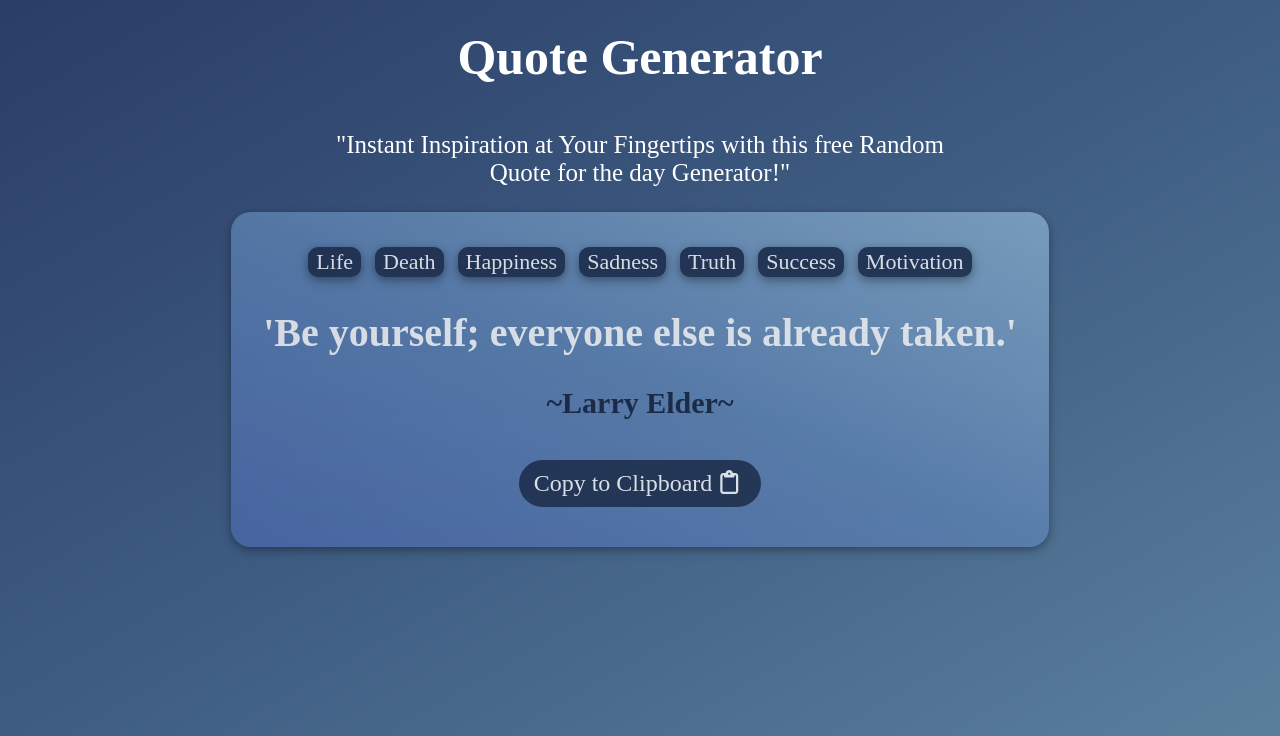
Repository: moehaymanmyint/Random-Quote-Generator
Page: index.html
The author's editor kept a copy of each file at every save. The page is drawn from the files as they stood at one save, then again after the next save.
The browser window is 1280 px wide. The pictures show the whole page.
Some web fonts or font styles are not loaded; a fallback is used. Some web libraries are served in a nearby version.

Above is the page before, as saved 2024-11-08 21:24:28.

### index.html
<!DOCTYPE html>
<html lang="en">
<head>
    <meta charset="UTF-8">
    <meta name="viewport" content="width=device-width, initial-scale=1.0">
    <title>Quote Generator</title>
    <link rel="stylesheet" href="style.css">
    <link rel="icon" type="image/png" href="icon.png">
    <!-- Font Awesome Link -->
    <link rel="stylesheet" href="https://cdnjs.cloudflare.com/ajax/libs/font-awesome/6.6.0/css/all.min.css" integrity="sha512-Kc323vGBEqzTmouAECnVceyQqyqdsSiqLQISBL29aUW4U/M7pSPA/gEUZQqv1cwx4OnYxTxve5UMg5GT6L4JJg==" crossorigin="anonymous" referrerpolicy="no-referrer" />
</head>
<body>
    <div class="container">
        <h1 class="title">Quote Generator</h1>
        <p class="description">"Instant Inspiration at Your Fingertips with this free Random Quote for the day Generator!"</p>
        <div class="quote-box">
            <div class="category">
                <input type="button" value="Life">
                <input type="button" value="Death">
                <input type="button" value="Happiness">
                <input type="button" value="Sadness">
                <input type="button" value="Truth">
                <input type="button" value="Success">
                <input type="button" value="Motivation">
            </div>
            <div class="quotes">
                <h1 class="quote">'Be yourself; everyone else is already taken.'</h1>
                <p class="author">~Larry Elder~</p>
            </div>
            <div class="btn">
                <button class="copy-btn">Copy to Clipboard<i class="fa-regular fa-clipboard"></i></button>
            </div>
        </div>
    </div>
</body>
<script src="app.js"></script>
</html>

### style.css
@import url('https://fonts.googleapis.com/css2?family=Playwrite+GB+S:ital,wght@0,100..400;1,100..400&display=swap');

body{
    background: linear-gradient(to bottom right, #2a3d66, #3e5c82, #5a7f9d);
    color: white;
    height: 100vh;
}
.container{
    font-family: "Playwrite GB S", cursive;
    display: flex;
    flex-direction: column;
    align-items: center;
}
.title{
    font-size: 50px;
    margin: 20px;
}
.description{
    font-size: 25px;
    width: 50%;
    text-align: center;
}
.container .quote{
    text-align: center;
    font-size: 40px;
}

.container .author{
    font-size: 30px;
    color: #141f36;
    text-align: center;
    font-weight: bolder;
}

.quote-box{
    background: linear-gradient(to top right, #4967a8, #5c81b1, #86abc8);
    opacity: 0.8;
    padding: 30px;
    display: flex;
    flex-direction: column;
    align-items: center;
    border-radius: 20px;
    width: 60%;
    box-shadow: 0 4px 12px rgba(0, 0, 0, 0.3), 0 2px 6px rgba(0, 0, 0, 0.2);
}

.copy-btn{
    padding: 10px 15px;
    border: none;
    border-radius: 40px;
    background-color: #1d2c4b;
    color: white;
    margin: 10px;
    cursor: pointer;
    font-size: 24px;
    font-family: "Playwrite GB S", cursive;
    transition: 0.5s;
}

.copy-btn:hover{
    background-color: #27395c;
}

i{
    padding: 0 8px;
}

input{
    background-color: #1d2c4b;
    box-shadow: 0 4px 12px rgba(0, 0, 0, 0.3), 0 2px 6px rgba(0, 0, 0, 0.2);
    color: white;
    border: none;
    border-radius: 10px;
    padding: 2px 8px;
    font-size: 22px;
    margin: 5px;
    cursor: pointer;
    font-family: "Playwrite GB S", cursive;
    transition: 0.5s;
}

input:hover{
    opacity: 0.8;
}

### app.js
let quotes = {
    Life: [
        { quote: "Life is what happens when you're busy making other plans.", author: "John Lennon" },
        { quote: "Get busy living or get busy dying.", author: "Stephen King" },
        { quote: "You only live once, but if you do it right, once is enough.", author: "Mae West" },
        { quote: "Life is really simple, but we insist on making it complicated.", author: "Confucius" },
        { quote: "In the end, it’s not the years in your life that count. It’s the life in your years.", author: "Abraham Lincoln" },
    ],
    Death: [
        { quote: "Death is not the opposite of life, but a part of it.", author: "Haruki Murakami" },
        { quote: "To the well-organized mind, death is but the next great adventure.", author: "J.K. Rowling" },
        { quote: "The life of the dead is placed in the memory of the living.", author: "Marcus Tullius Cicero" },
        { quote: "Our dead are never dead to us, until we have forgotten them.", author: "George Eliot" },
        { quote: "Death may be the greatest of all human blessings.", author: "Socrates" },
    ],
    Happiness: [
        { quote: "Happiness is not something ready-made. It comes from your own actions.", author: "Dalai Lama" },
        { quote: "For every minute you are angry, you lose sixty seconds of happiness.", author: "Ralph Waldo Emerson" },
        { quote: "Happiness depends upon ourselves.", author: "Aristotle" },
        { quote: "Happiness is not by chance, but by choice.", author: "Jim Rohn" },
        { quote: "The purpose of our lives is to be happy.", author: "Dalai Lama" },
    ],
    Sadness: [
        { quote: "Tears come from the heart and not from the brain.", author: "Leonardo da Vinci" },
        { quote: "Sadness flies away on the wings of time.", author: "Jean de La Fontaine" },
        { quote: "The word 'happiness' would lose its meaning if it were not balanced by sadness.", author: "Carl Jung" },
        { quote: "Every human walks around with a certain kind of sadness.", author: "Henri Nouwen" },
        { quote: "Even a happy life cannot be without a measure of darkness.", author: "Carl Jung" },
    ],
    Truth: [
        { quote: "In a time of deceit, telling the truth is a revolutionary act.", author: "George Orwell" },
        { quote: "If you tell the truth, you don't have to remember anything.", author: "Mark Twain" },
        { quote: "Three things cannot be long hidden: the sun, the moon, and the truth.", author: "Buddha" },
        { quote: "The truth will set you free, but first it will make you miserable.", author: "James A. Garfield" },
        { quote: "Honesty is the first chapter in the book of wisdom.", author: "Thomas Jefferson" },
    ],
    Success: [
        { quote: "Success is not final, failure is not fatal: It is the courage to continue that counts.", author: "Winston Churchill" },
        { quote: "Success usually comes to those who are too busy to be looking for it.", author: "Henry David Thoreau" },
        { quote: "The way to get started is to quit talking and begin doing.", author: "Walt Disney" },
        { quote: "Don’t be afraid to give up the good to go for the great.", author: "John D. Rockefeller" },
        { quote: "Success is walking from failure to failure with no loss of enthusiasm.", author: "Winston Churchill" },
    ],
    Motivation: [
        { quote: "The only way to do great work is to love what you do.", author: "Steve Jobs" },
        { quote: "The future belongs to those who believe in the beauty of their dreams.", author: "Eleanor Roosevelt" },
        { quote: "Don’t watch the clock; do what it does. Keep going.", author: "Sam Levenson" },
        { quote: "Believe you can and you’re halfway there.", author: "Theodore Roosevelt" },
        { quote: "Start where you are. Use what you have. Do what you can.", author: "Arthur Ashe" },
    ]
};

let quote = document.querySelector(".quote");
let author = document.querySelector(".author");
let category = document.querySelectorAll(".category input");
let copyBtn = document.querySelector(".copy-btn");

category.forEach(input => {
    input.addEventListener("click", () => {
        let userCategory = input.value;
        let quoteArr = quotes[userCategory];
        let randomQuote = quoteArr[Math.floor(Math.random() * quoteArr.length)];
        console.log(randomQuote);

        quote.innerHTML = "'" + randomQuote.quote + "'";
        author.innerHTML = "~" + randomQuote.author + "~";
    })
});

function copyClipboard() {
    let quoteText = quote.innerHTML;
    navigator.clipboard.writeText(quoteText)
        .then(() => {
            alert("Quote copied to clipboard!");
        })
        .catch(err => {
            console.error("Failed to copy: ", err);
        });
}

copyBtn.addEventListener("click", copyClipboard);

After the next save:
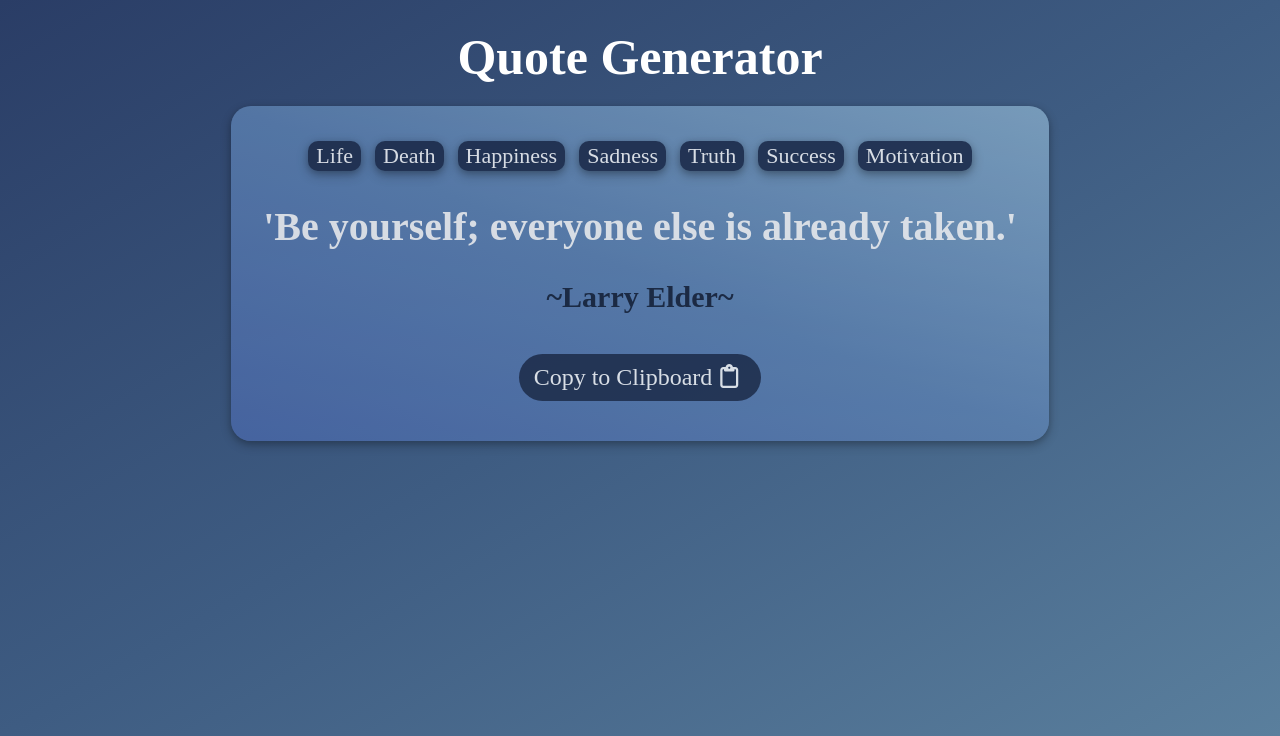
Saved 83 s later.
--- a/index.html
+++ b/index.html
@@ -12,7 +12,6 @@
 <body>
     <div class="container">
         <h1 class="title">Quote Generator</h1>
-        <p class="description">"Instant Inspiration at Your Fingertips with this free Random Quote for the day Generator!"</p>
         <div class="quote-box">
             <div class="category">
                 <input type="button" value="Life">

After the save that followed:
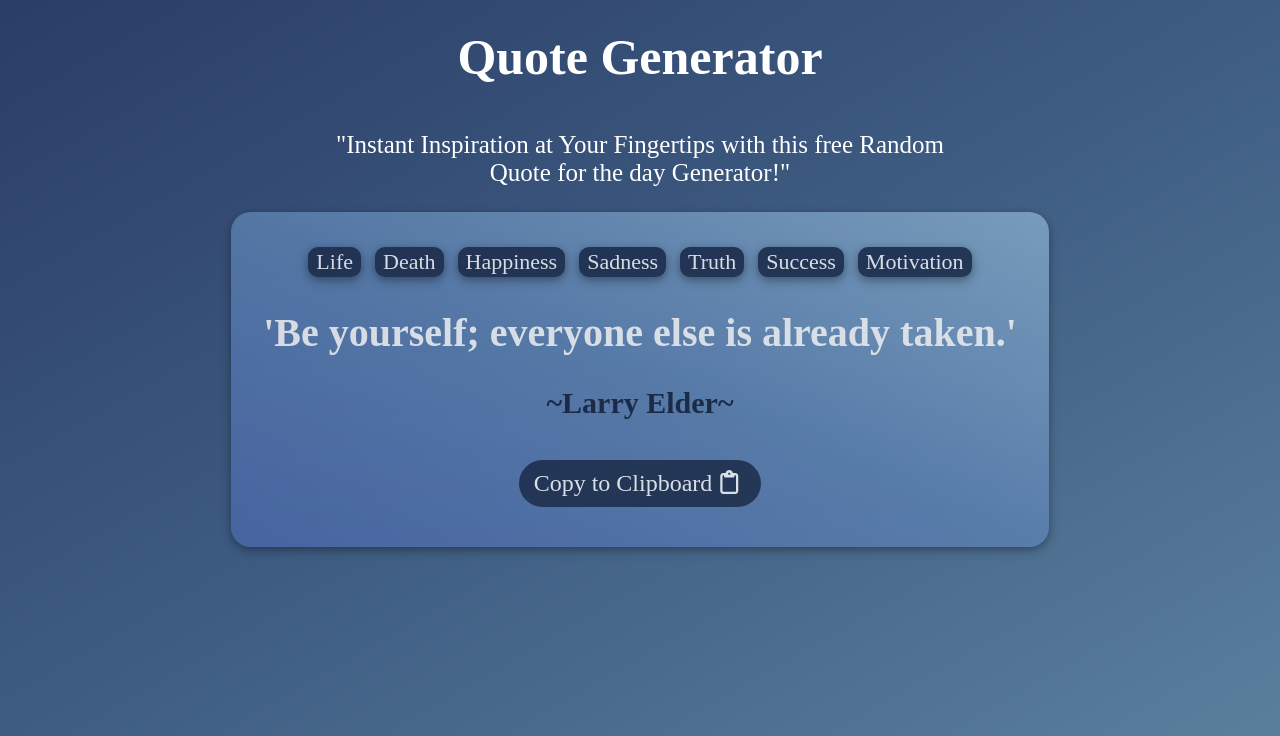
Saved 6 s later.
--- a/index.html
+++ b/index.html
@@ -12,6 +12,7 @@
 <body>
     <div class="container">
         <h1 class="title">Quote Generator</h1>
+        <p class="description">"Instant Inspiration at Your Fingertips with this free Random Quote for the day Generator!"</p>
         <div class="quote-box">
             <div class="category">
                 <input type="button" value="Life">
